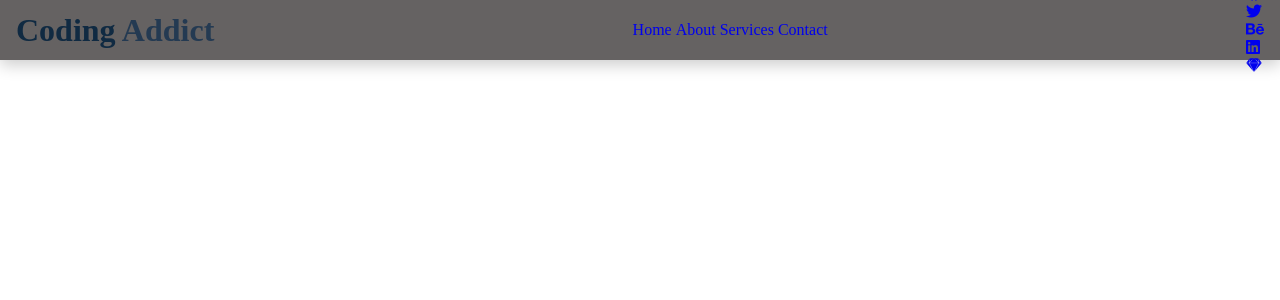
Repository: OmniaRafat232111121/projects-js
Page: modal/index.html
The author's editor kept a copy of each file at every save. The page is drawn from the files as they stood at one save, then again after the next save.
The browser window is 1280 px wide. The pictures show the whole page.
Some web libraries are served in a nearby version.

Above is the page before, as saved 2023-01-01 01:28:04.

### modal/index.html
<!DOCTYPE html>
<html lang="en">
<head>
    <meta charset="UTF-8">
    <meta http-equiv="X-UA-Compatible" content="IE=edge">
    <meta name="viewport" content="width=device-width, initial-scale=1.0">
    <title>Counter</title>
    <link rel="stylesheet" href="style.css">
        <!-- font-awesome -->
    <link
      rel="stylesheet"
      href="https://cdnjs.cloudflare.com/ajax/libs/font-awesome/5.14.0/css/all.min.css"
    />

</head>
<body>
   <header >
     <div class="logo">
        <a href="index.html">
            <h1>Coding <span>Addict</span></h1>
        </a>
     <div class="toggle">
         <i class="fas fa-bars"></i>
     </div>

    </div>
    <nav>
        <ul>
            <li><a href="#home">Home</a></li>
            <li><a href="#about">About</a></li>
            <li><a href="#services">Services</a></li>
            <li><a href="#contact">Contact</a></li>
        </ul>
    </nav>
    <ul class="social-icons">
          <li>
            <a href="https://www.twitter.com">
              <i class="fab fa-facebook"></i>
            </a>
          </li>
          <li>
            <a href="https://www.twitter.com">
              <i class="fab fa-twitter"></i>
            </a>
          </li>
          <li>
            <a href="https://www.twitter.com">
              <i class="fab fa-behance"></i>
            </a>
          </li>
          <li>
            <a href="https://www.twitter.com">
              <i class="fab fa-linkedin"></i>
            </a>
          </li>
          <li>
            <a href="https://www.twitter.com">
              <i class="fab fa-sketch"></i>
            </a>
          </li>
        </ul>


   </header>

    <script src="./main.js"></script>
</body>
</html>

### modal/style.css
@import url("https://fonts.googleapis.com/css?family=Open+Sans|Roboto:400,700&display=swap");



:root {
  /* dark shades of primary color*/
  --clr-primary-1: hsl(205, 86%, 17%);
  --clr-primary-2: hsl(205, 77%, 27%);
  --clr-primary-3: hsl(205, 72%, 37%);
  --clr-primary-4: hsl(205, 63%, 48%);
  /* primary/main color */
  --clr-primary-5: hsl(205, 78%, 60%);
  /* lighter shades of primary color */
  --clr-primary-6: hsl(205, 89%, 70%);
  --clr-primary-7: hsl(205, 90%, 76%);
  --clr-primary-8: hsl(205, 86%, 81%);
  --clr-primary-9: hsl(205, 90%, 88%);
  --clr-primary-10: hsl(205, 100%, 96%);
  /* darkest grey - used for headings */
  --clr-grey-1: hsl(209, 61%, 16%);
  --clr-grey-2: hsl(211, 39%, 23%);
  --clr-grey-3: hsl(209, 34%, 30%);
  --clr-grey-4: hsl(209, 28%, 39%);
  /* grey used for paragraphs */
  --clr-grey-5: hsl(210, 22%, 49%);
  --clr-grey-6: hsl(209, 23%, 60%);
  --clr-grey-7: hsl(211, 27%, 70%);
  --clr-grey-8: hsl(210, 31%, 80%);
  --clr-grey-9: hsl(212, 33%, 89%);
  --clr-grey-10: hsl(210, 36%, 96%);
  --clr-white: #fff;
  --clr-red-dark: hsl(360, 67%, 44%);
  --clr-red-light: hsl(360, 71%, 66%);
  --clr-green-dark: hsl(125, 67%, 44%);
  --clr-green-light: hsl(125, 71%, 66%);
  --clr-black: #222;
  --ff-primary: "Roboto", sans-serif;
  --ff-secondary: "Open Sans", sans-serif;
  --transition: all 0.3s linear;
  --spacing: 0.1rem;
  --radius: 0.25rem;
  --light-shadow: 0 5px 15px rgba(0, 0, 0, 0.1);
  --dark-shadow: 0 5px 15px rgba(0, 0, 0, 0.2);
  --max-width: 1170px;
  --fixed-width: 620px;
}
ul{
  list-style: none;
}
a{
  text-decoration: none;
}
*,*::before,*::after{
  margin:0;
  padding:0;
  box-sizing: border-box;
}
header{
 position:fixed;
 top:0;
 left:0;
 background-color: rgb(101, 98, 98);
 color:var(--clr-grey-1);
 height:60px;
 width:100%;
  display: flex;
  align-items: center;
  justify-content: space-between;
  padding: 1rem;
  box-shadow: var(--dark-shadow);
}
header .logo h1{
  color:var(--clr-grey-1);
}
header .logo span{
 color:var(--clr-grey-2);
}
nav ul li{
  margin-left: 0px;
  display: inline-block;
}
.toggle i{
  display: none;
}

### modal/main.js
// set inital value to zero
let count = 0;
// select value and buttons
const value = document.querySelector("#value");
const btns = document.querySelectorAll(".btn");

btns.forEach(function (btn) {
  btn.addEventListener("click", function (e) {
    const styles = e.currentTarget.classList;
    if (styles.contains("decrease")) {
      count--;
    } else if (styles.contains("increase")) {
      count++;

    } else {
      count = 0;
    }

    if (count > 0) {
      value.style.color = "green";
    }
    if (count < 0) {
      value.style.color = "red";
    }
    if (count === 0) {
      value.style.color = "#000";
    }
    value.textContent = count;
  });
});

After the next save:
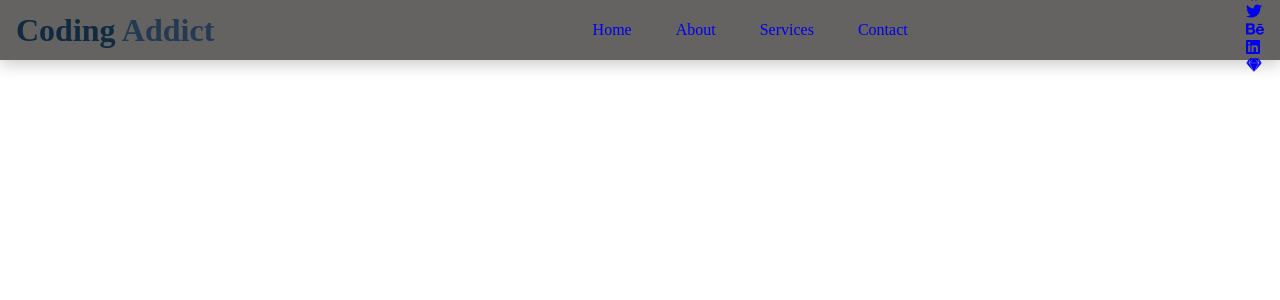
Saved 1 s later.
--- a/modal/style.css
+++ b/modal/style.css
@@ -76,7 +76,7 @@
  color:var(--clr-grey-2);
 }
 nav ul li{
-  margin-left: 0px;
+  margin-left: 40px;
   display: inline-block;
 }
 .toggle i{
